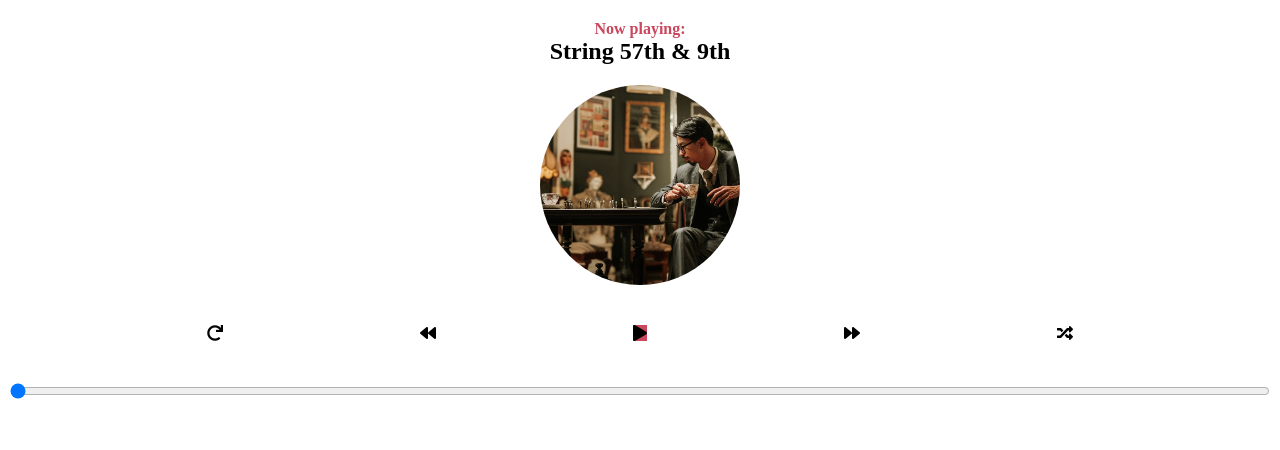
Repository: dovanthao2404/AppMusicPlayer
Page: index.html
These files come from the project's save history. The page is drawn as it stood at one moment and after the next save; the edit follows.
The browser window is 1280 px wide. The pictures show the whole page.

Above is the page before, as saved 2021-06-28 02:11:21.

After the next save:
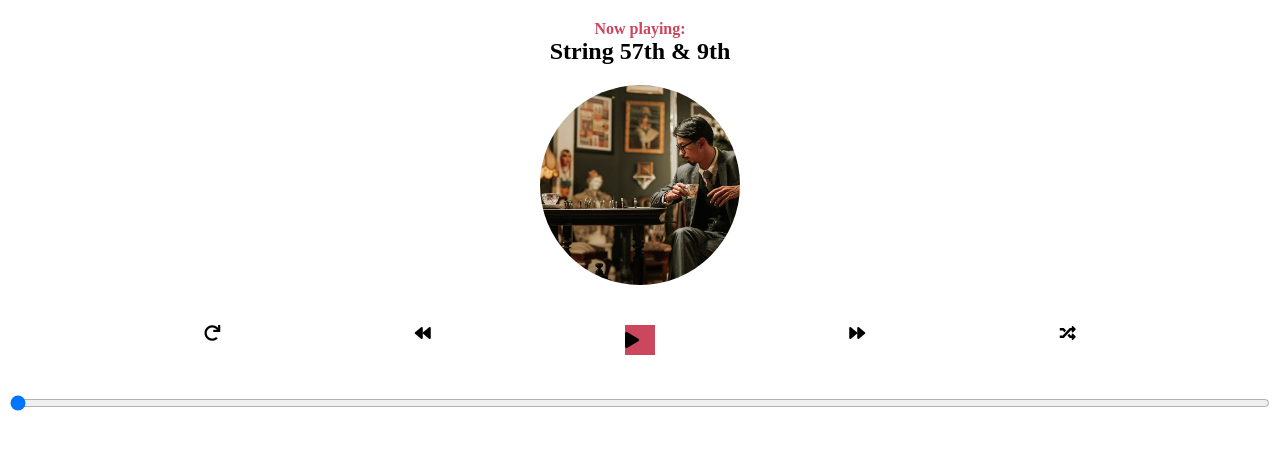
Saved 24 s later.
--- a/css/app.css
+++ b/css/app.css
@@ -33,6 +33,9 @@ header h4 {
 }
 .btn-toggle-play .fa {
   background-color: rgb(202, 71, 93);
+  width: 30px;
+  height: 30px;
+  line-height: 30px;
 }
 .controls .fa-pause {
   display: none;
